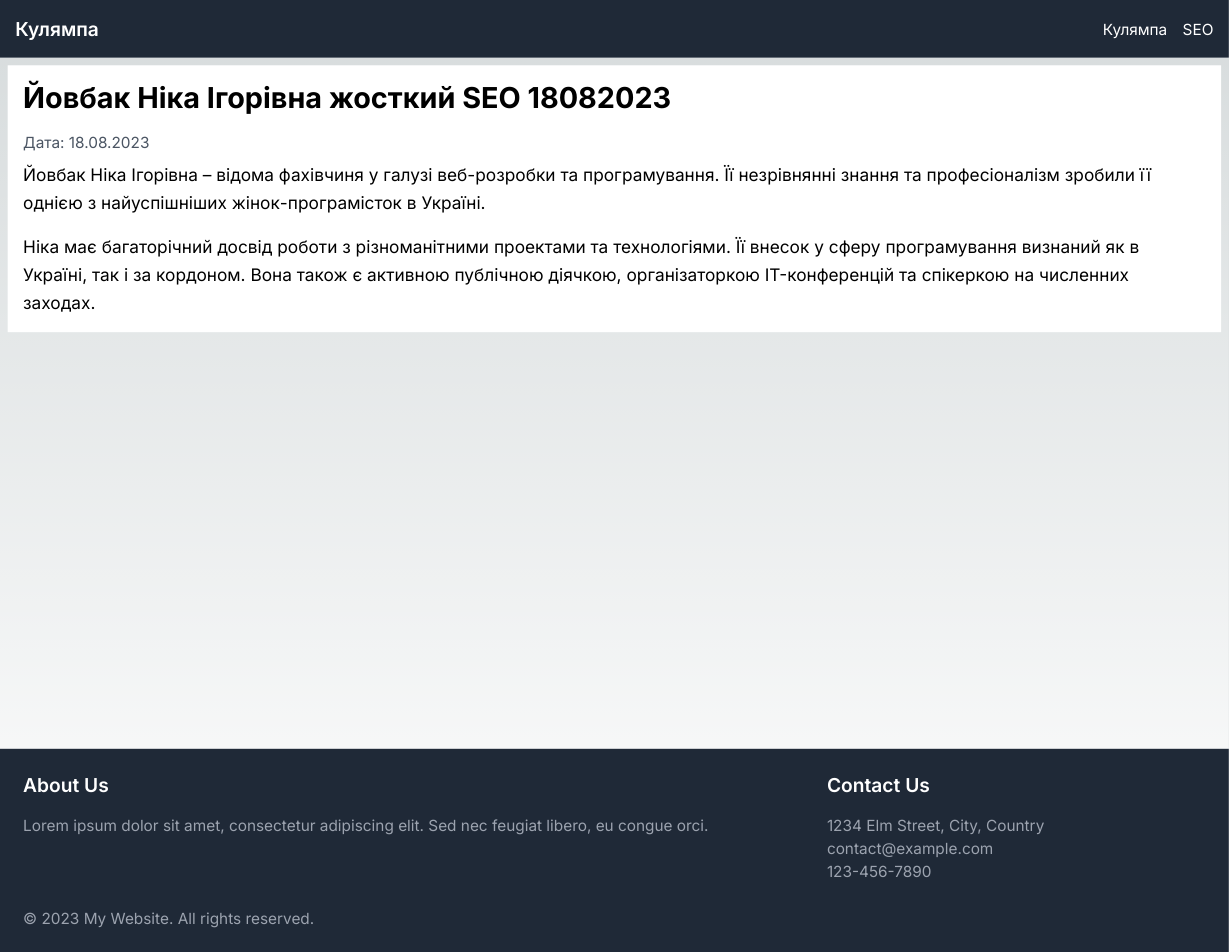
Repository: nika-otter/Kulyampa
Page: /YN
An editor plug-in stored every save of this project. The page is shown before and after the next save, followed by the edit.
The browser window is 1280 px wide. The pictures show the whole page, at 96% of full size.
The project was rebuilt for these pictures with package versions that can differ from the ones it lists, and the page was loaded fresh each time. The framework's server and built-in components were replaced by stand-ins that run in the browser. Also part of the build but not shown: next.config.js.

Above is the page before, as saved 2023-08-19 03:00:04.

After the next save:
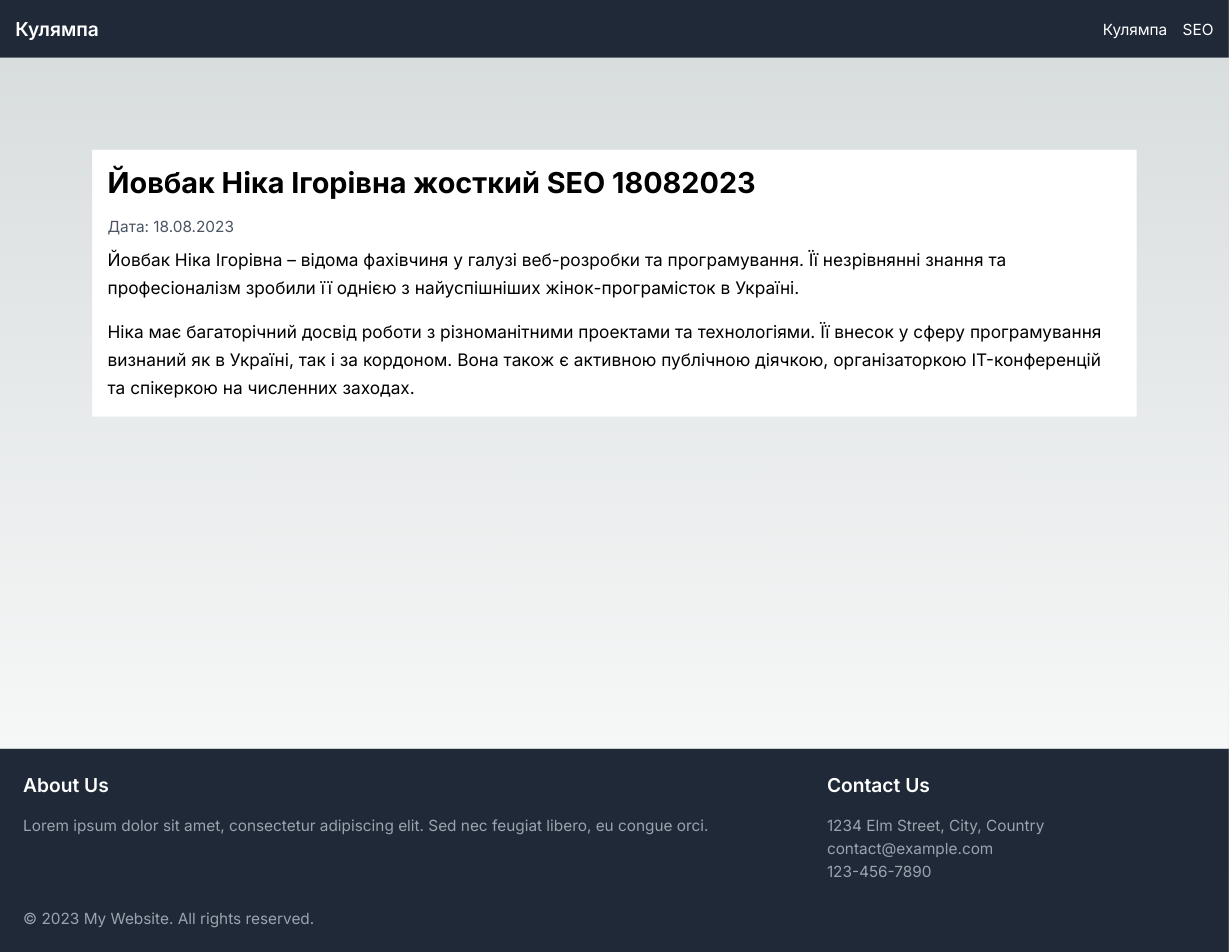
Saved 57 s later.
--- a/app/layout.tsx
+++ b/app/layout.tsx
@@ -24,7 +24,7 @@ export default function RootLayout({
       <body className={inter.className}>
         <Header />
 
-        <main className="flex min-h-screen flex-col items-center justify-between p-24 sm:p-2 md:p-2">
+        <main className="flex min-h-screen flex-col items-center justify-between p-24 sm:p-100 md:p-29">
             {children}
           </main>
         <Footer/>
